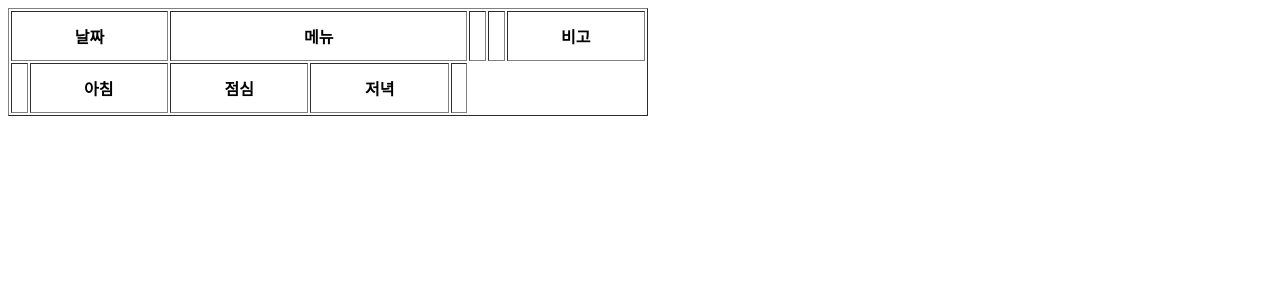
Repository: WonSeungUn/VSCODE
Page: web_work/Html/WebContent/eat_table.html
An editor plug-in stored every save of this project. The page is shown before and after the next save, followed by the edit.
The browser window is 1280 px wide. The pictures show the whole page.

Above is the page before, as saved 2024-07-08 05:33:59.

After the next save:
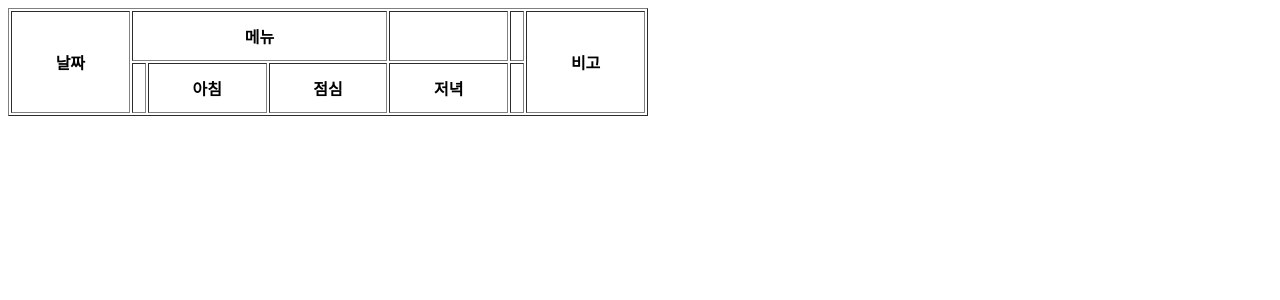
Saved 11 s later.
--- a/web_work/Html/WebContent/eat_table.html
+++ b/web_work/Html/WebContent/eat_table.html
@@ -8,11 +8,11 @@
 	<table width="640" border="1">
 		<thead>
 			<tr height="50">
-				<th colspan="2">날짜</th>
+				<th rowspan="2">날짜</th>
 				<th colspan="3">메뉴</th>
 				<th></th>
 				<th></th>
-				<th colspan="2">비고</th>
+				<th rowspan="2">비고</th>
 			</tr>
 			<tr height="50">
 				<th></th>
